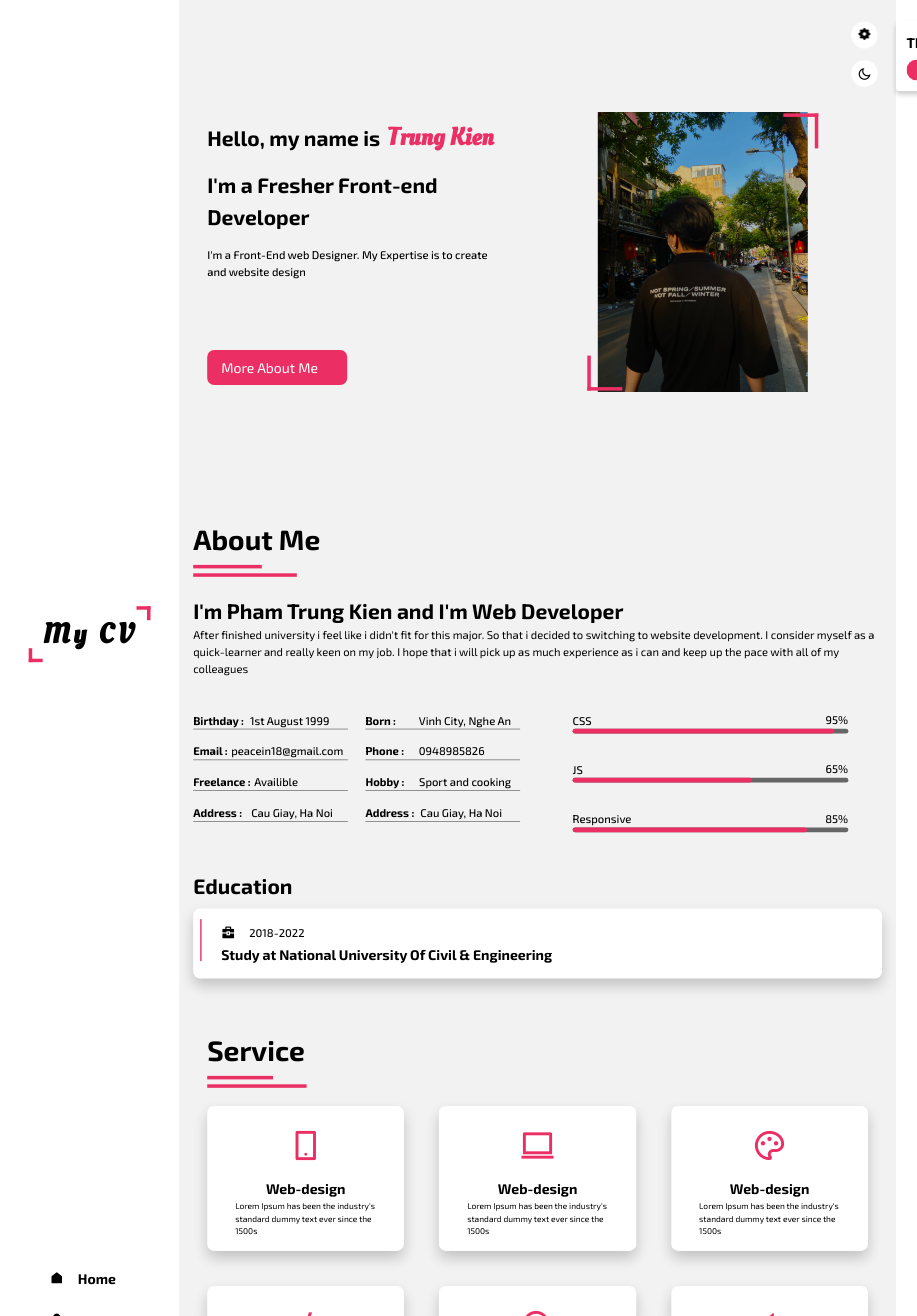
Repository: kien181999/First-Project
Page: index.html
An editor plug-in stored every save of this project. The page is shown before and after the next save, followed by the edit.
The browser window is 1280 px wide. The page is 1310 px wide, then 1280 px, so the pictures cover 1310 px, including what lies to the right of the window. The pictures show the part of the page from y = 0 to 1880 px (the page is 2917 px tall), at 70% of full size.
The style sheet was rebuilt from its Sass, Less or Tailwind sources for each picture, by a compiler version that may differ from the author's.

Above is the page before, as saved 2022-06-05 00:37:07.

### index.html
<!DOCTYPE html>
<html lang="en">

<head>
    <meta charset="UTF-8">
    <meta http-equiv="X-UA-Compatible" content="IE=edge">
    <meta name="viewport" content="width=device-width, initial-scale=1.0">
    <link rel="stylesheet" href="./css/style.css">
    <link href="https://cdn.jsdelivr.net/npm/remixicon@2.5.0/fonts/remixicon.css" rel="stylesheet">
    <title>Document</title>
</head>

<body>

    <div class="container">
        <div class="sidebar">
            <div class="sidebar-title">
                <h1 class="heading-1">My CV</h1>
            </div>
            <div class="sidebar-menu">
                <ul class="sidebar-list">
                    <li class="sidebar-item">
                        <a href="" class="sidebar-link">
                            <i class="ri-home-fill sidebar-icon"></i>
                            <h3 class="heading-3">Home</h3>
                        </a>
                    </li>
                    <li class="sidebar-item">
                        <a href="" class="sidebar-link">
                            <i class="ri-user-3-fill sidebar-icon"></i>
                            <h3 class="heading-3">About</h3>
                        </a>
                    </li>
                    <li class="sidebar-item">
                        <a href="" class="sidebar-link">
                            <i class="ri-list-unordered sidebar-icon"></i>
                            <h3 class="heading-3">Service</h3>
                        </a>
                    </li>
                    <li class="sidebar-item">
                        <a href="" class="sidebar-link">
                            <i class="ri-wechat-line sidebar-icon"></i>
                            <h3 class="heading-3">Contact</h3>
                        </a>
                    </li>
                </ul>
            </div>
        </div>
        <div class="content">
            <section class="home section hidden">
                <div class="home-text">
                    <div class="home-name">
                        <h2 class="heading-2">Hello, my name is </h2>

                        <h2 class="heading-2-secondary">Trung Kien</h2>
                    </div>
                    <div class="home-job">
                        <h2 class="heading-2">I'm a Fresher Front-end Developer</h2>
                    </div>
                    <div class="home-describe">
                        <h4 class="heading-4">I'm a Front-End web Designer. My Expertise is to create and website design
                        </h4>
                    </div>
                    <a href="#contact" class="home-btn">More About Me</a>

                </div>
                <div class="home-img">
                    <img src="./image/IMG_4900.jpeg" alt="" class="home-jpg">
                </div>
            </section>
            <section class="about section hidden">
                <div class="about-title">
                    <h2 class="heading-1-secondary">About Me</h2>
                </div>
                <div class="about-describe">
                    <h3 class="heading-2">I'm Pham Trung Kien and I'm Web Developer</h3>
                    <span class="about-span">
                        After finished university i feel like i didn't fit for this major. So that i decided to
                        switching to website development. I consider myself as a quick-learner and really keen on my
                        job. I hope that i will pick up as much experience as i can and keep up the pace with all of my
                        colleagues
                    </span>
                </div>
                <div class="about-infor">
                    <div class="about-bio">
                        <ul class="about-list">
                            <li class="about-item">
                                <h4 class="heading-4-secondary">Birthday :</h4>
                                <h4 class="heading-4">&nbsp;1st August 1999</h4>
                            </li>
                            <li class="about-item">
                                <h4 class="heading-4-secondary">Born :</h4>
                                <h4 class="heading-4">&emsp;&ensp;&nbsp;Vinh City, Nghe An</h4>
                            </li>
                            <li class="about-item">
                                <h4 class="heading-4-secondary">Email :</h4>
                                <h4 class="heading-4"> peacein18@gmail.com</h4>
                            </li>
                            <li class="about-item">
                                <h4 class="heading-4-secondary">Phone :</h4>
                                <h4 class="heading-4">&emsp;0948985826</h4>
                            </li>
                            <li class="about-item">
                                <h4 class="heading-4-secondary">Freelance :</h4>
                                <h4 class="heading-4">Availible</h4>
                            </li>
                            <li class="about-item">
                                <h4 class="heading-4-secondary">Hobby :</h4>
                                <h4 class="heading-4">&emsp;Sport and cooking</h4>
                            </li>
                            <li class="about-item">
                                <h4 class="heading-4-secondary">Address :</h4>
                                <h4 class="heading-4">&ensp;Cau Giay, Ha Noi</h4>
                            </li>
                            <li class="about-item">
                                <h4 class="heading-4-secondary">Address :</h4>
                                <h4 class="heading-4">&nbsp;Cau Giay, Ha Noi</h4>
                            </li>
                        </ul>
                        <div class="about-ability">
                            <div class="about-ability__item">
                                <h4 class="heading-4">CSS</h4>
                                <div class="about-ability__percent">
                                    <div class="about-ability__progress" style="width: 95%"></div>
                                    <h4 class="heading-4 about-ability__number">95%</h4>
                                </div>
                            </div>
                            <div class="about-ability__item">
                                <h4 class="heading-4">JS</h4>
                                <div class="about-ability__percent">
                                    <div class="about-ability__progress" style="width: 65%"></div>
                                    <h4 class="heading-4 about-ability__number">65%</h4>
                                </div>
                            </div>
                            <div class="about-ability__item">
                                <h4 class="heading-4">Responsive</h4>
                                <div class="about-ability__percent">
                                    <div class="about-ability__progress" style="width: 85%"></div>
                                    <h4 class="heading-4 about-ability__number">85%</h4>
                                </div>
                            </div>
                        </div>
                    </div>
                </div>
                <div class="about-education">
                    <div class="about-education__title">
                        <h2 class="heading-2">Education</h2>
                    </div>
                    <div class="about-education__bio">
                        <div class="about-education__infor">
                            <div class="about-education__timeline">
                                <i class="ri-briefcase-4-fill about-education__icon "></i>
                                <h4 class="heading-4">2018-2022</h4>
                            </div>
                            <div class="about-education-name">
                                <h3 class="heading-3">Study at National University Of Civil & Engineering</h3>
                            </div>
                        </div>
                    </div>
                </div>
            </section>
            <section class="service section hidden">
                <div class="service-title">
                    <h2 class="heading-1-secondary">Service</h2>
                </div>
                <div class="service-list">
                    <div class="service-item">
                        <div class="service-icon">
                            <i class="ri-smartphone-line"></i>
                        </div>
                        <div class="service-name">
                            <h3 class="heading-3">
                                Web-design
                            </h3>
                        </div>
                        <div class="service-info">
                            <span class="service-span">
                                Lorem Ipsum has been the industry's standard dummy text ever since the 1500s
                            </span>
                        </div>
                    </div>
                    <div class="service-item">
                        <div class="service-icon">
                            <i class="ri-macbook-line"></i>
                        </div>
                        <div class="service-name">
                            <h3 class="heading-3">
                                Web-design
                            </h3>
                        </div>
                        <div class="service-info">
                            <span class="service-span">
                                Lorem Ipsum has been the industry's standard dummy text ever since the 1500s
                            </span>
                        </div>
                    </div>
                    <div class="service-item">
                        <div class="service-icon">
                            <i class="ri-palette-line"></i>
                        </div>
                        <div class="service-name">
                            <h3 class="heading-3">
                                Web-design
                            </h3>
                        </div>
                        <div class="service-info">
                            <span class="service-span">
                                Lorem Ipsum has been the industry's standard dummy text ever since the 1500s
                            </span>
                        </div>
                    </div>
                    <div class="service-item">
                        <div class="service-icon">
                            <i class="ri-code-s-slash-fill"></i>
                        </div>
                        <div class="service-name">
                            <h3 class="heading-3">
                                Web-design
                            </h3>
                        </div>
                        <div class="service-info">
                            <span class="service-span">
                                Lorem Ipsum has been the industry's standard dummy text ever since the 1500s
                            </span>
                        </div>
                    </div>
                    <div class="service-item">
                        <div class="service-icon">
                            <i class="ri-search-line"></i>
                        </div>
                        <div class="service-name">
                            <h3 class="heading-3">
                                Web-design
                            </h3>
                        </div>
                        <div class="service-info">
                            <span class="service-span">
                                orem Ipsum is simply dummy text of the printing and typesetting industry.
                            </span>
                        </div>
                    </div>
                    <div class="service-item">
                        <div class="service-icon">
                            <i class="ri-volume-down-fill"></i>
                        </div>
                        <div class="service-name">
                            <h3 class="heading-3">
                                Web-design
                            </h3>
                        </div>
                        <div class="service-info">
                            <span class="service-span">
                                orem Ipsum is simply dummy text of the printing and typesetting industry.
                            </span>
                        </div>
                    </div>

                </div>
            </section>
            <section class="contact section">
                <div class="contact-title">
                    <h1 class="heading-1-secondary">Contact Me</h1>
                </div>
                <div class="contact-content">
                    <div class="contact-question">
                        <h2 class="heading-2-primary">Have You Any Question ?</h2>
                        <h3 class="heading-3">I'm At Your Services</h3>
                    </div>
                    <div class="contact-list">
                        <div class="contact-link">
                            <div class="contact-icon">
                                <i class="ri-phone-fill"></i>
                            </div>
                            <div class="contact-name">
                                <h4 class="heading-4-secondary">Contact Me On</h4>
                            </div>
                            <div class="contact-address">
                                <h4 class="heading-4">0948985826</h4>
                            </div>
                        </div>
                        <div class="contact-link">
                            <div class="contact-icon">
                                <i class="ri-map-pin-2-fill"></i>
                            </div>
                            <div class="contact-name">
                                <h4 class="heading-4-secondary">Location</h4>
                            </div>
                            <div class="contact-address">
                                <h4 class="heading-4">Cau Giay,Ha Noi</h4>
                            </div>
                        </div>
                        <div class="contact-link">
                            <div class="contact-icon">
                                <i class="ri-mail-line"></i>
                            </div>
                            <div class="contact-name">
                                <h4 class="heading-4-secondary">Email</h4>
                            </div>
                            <div class="contact-address">
                                <h4 class="heading-4">peacein18@gmail.com</h4>
                            </div>
                        </div>
                        <div class="contact-link">
                            <div class="contact-icon">
                                <i class="ri-global-line"></i>
                            </div>
                            <div class="contact-name">
                                <h4 class="heading-4-secondary">Website</h4>
                            </div>
                            <div class="contact-address">
                                <h4 class="heading-4">0948985826</h4>
                            </div>
                        </div>
                    </div>
                    <h2 class="heading-2-primary contact-title" style="margin-bottom: 0rem;">Send Me A Email</h2>
                    <h3 class="heading-3 contact-sub-title" style="margin-bottom: 3rem;">I'm Very Resposive To Message</h3>
                    <div class="contact-form">
                        <div class="contact-form__item">
                            <input type="text" class="contact-form__control" placeholder="Name">
                        </div>
                        <div class="contact-form__item">
                            <input type="email" class="contact-form__control" placeholder="Email">
                        </div>
                    </div>
                    <div class="contact-form">
                        <textarea name="text" class="contact-form__message" id="" placeholder="Message"></textarea>
                    </div>
                    <a href="" class="contact-btn">Send Me</a>
                </div>
            </section>
        </div>
        <div class="style-switcher">
            <div class="style-switcher-toggler s-icon">
                <i class="ri-settings-5-fill"></i>
            </div>
            <div class="day-night s-icon">
                <i class="ri-moon-line"></i>
            </div>
            <h4>Theme Color</h4>
            <div class="colors">
                <span class="theme-button" data-color="#eb2f64" style="background: #eb2f64"></span>
                <span class="theme-button" data-color="#168616" style="background: #168616"></span>
                <span class="theme-button" data-color="#ec7411" style="background: #ec7411"></span>
                <span class="theme-button" data-color="#8e44ad" style="background: #8e44ad"></span>
                <span class="theme-button" data-color="#2f2ff1" style="background: #2f2ff1"></span>
            </div>
        </div>
    </div>

    <script src="main.js"></script>
</body>

</html>

### sass/main.scss
@import 'base';
@import 'typography';
@import 'variables';
@import 'sidebar';
@import 'content';
@import 'home';
@import 'about';
@import 'service';
@import 'contact';
@import 'switch';

### sass/_base.scss
@import url('https://fonts.googleapis.com/css2?family=Oleo+Script&display=swap');
@import url('https://fonts.googleapis.com/css2?family=Exo+2:ital,wght@0,400;0,500;0,700;1,600&family=Oleo+Script&display=swap');


*{
    margin: 0;
    padding: 0;
    outline: none;
    text-decoration: none;
    box-sizing: border-box;
}

::before,::after{
    box-sizing: border-box;
}

html{
    box-sizing: border-box;
    font-size: 62.5%;
}
body.dark{
    --black-color: rgb(250, 246, 246);
    --light-black-color: #333;
    --white-color: rgb(2, 2, 2);
    --light-grey-color-1: #666;
    --light-grey-color-2: rgb(41, 40, 40);

}

body
{
    margin: 0;
    padding: 0;
    line-height: 1.5;
}
.container{
    display: flex;
}
// .hidden{
//     display: none !important;
// }

### sass/_typography.scss
.heading-1{
    font-family: var(--side-font);
    font-size: 4rem;
    color: var(--black-color);
    letter-spacing: .5rem;
}
.heading-1-secondary{
    font-family: var(--body-font);
    font-size: 4rem;
    color: var(--black-color);
    font-weight: 700;
    position: relative;
    &::before{
        position: absolute;
        content: "";
        left: 0;
        bottom: -20%;
        height: .5rem;
        width: 10%;
        background-color: var(--pink-color);
    }
    &::after{
        position: absolute;
        content: "";
        left: 0;
        bottom: -40%;
        height: .5rem;
        width: 15%;
        background-color: var(--pink-color);
    }
}
.heading-2{
    font-family: var(--body-font);
    font-size: 3rem;
    color: var(--black-color);
    font-weight: 600;
}
.heading-2-primary{
    font-family: var(--body-font);
    font-size: 3rem;
    color: var(--pink-color);
    font-weight: 600;
}
.heading-2-secondary{
    font-family: var(--side-font);
    color: var(--pink-color);
    font-size: 3.5rem;
    margin-left: 1rem;
}
.heading-3{
    font-family: var(--body-font);
    font-size: 2rem;
    color: var(--black-color);
}
.heading-4{
    font-family: var(--body-font);
    font-size: 1.6rem;
    color: var(--black-color);
    font-weight: 500;
}
.heading-4-secondary{
    font-family: var(--body-font);
    font-size: 1.6rem;
    color: var(--black-color);
    font-weight: 700;
}

### sass/_variables.scss
:root{
    --body-font: 'Exo 2', sans-serif;
    --side-font: 'Oleo Script', cursive;
    --black-color: rgb(0, 0 ,0);
    --light-black-color: #333;
    --white-color: #fff;
    --light-grey-color-1: #666;
    --light-grey-color-2: rgb(243, 242, 242);
    --pink-color: #eb2f64;
}

### sass/_sidebar.scss
.sidebar{
    flex: 0 0 20%;
    background-color: var(--white-color);
    display: flex;
    flex-direction: column;
    justify-content: space-evenly;

    align-items: center;
    &-title{
        display: block;
        padding: 1rem 2rem;
        position: relative;

        &::before{
            content: '';
            position: absolute;
            width: 2rem;
            height: 2rem;
            border-bottom: 5px solid var(--pink-color) ;
            border-left: 5px solid var(--pink-color) ;
            bottom: 0;
            left: 0;
        }
        &::after{
            content: '';
            position: absolute;
            width: 2rem;
            height: 2rem;
            border-top: 5px solid var(--pink-color) ;
            border-right: 5px solid var(--pink-color) ;
            top: 0;
            right: 0;
        }
    }
    &-list{
        list-style: none;
    }
    &-item{
        display: flex;
        align-items: center;
        margin-bottom: 3rem;
        position: relative;

    }
    &-item::before{
        position: absolute;
        content: "";
        top: 0;
        left: 0;
        height: 100%;
        width: 3px;
        background-color: var(--pink-color);
        transform: scaleY(0);
        transition: transform .2s;
    }
    &-item:hover::before{
        transform: scaleY(1);
    }
    &-link{
        display: flex;
        justify-content: center;
        align-items: center;
        gap: 2rem;
        color: var(--black-color);
        padding: 0 2rem;
        position: relative;
        z-index: 10;
        transition: all .2s;
        &:hover{
            color: var(--pink-color);
        }
    }
    &-icon{
        font-size: 2rem;
        color: currentColor;
    }
}

### sass/_content.scss
.content{
  background-color: var(--light-grey-color-2);
  height: 100%;
  flex: 0 0 80%;
}
.section{
    padding: 3rem 4rem;
    min-height: 100vh;
    position: relative;
}

### sass/_service.scss
.service{
    &-title{
        margin-bottom: 5rem;
    }
    &-list{
        display: grid;
        gap: 5rem;
        grid-template-columns: auto auto auto;
    }
    &-item{
        padding: 2rem 4rem;
        border-radius: 10px;
        box-shadow: 0 10px 20px rgba(0,0,0,.2);
        background-color: var(--white-color);
        display: flex;
        flex-direction: column;
        justify-content: center;
        align-items: center;
    }
    &-icon{
        font-size: 5rem;
        color: var(--pink-color);
    }
    &-span{
        font-size: 1.2rem;
        font-family: var(--body-font);
        color: var(--black-color);
    }
}

Loaded but not shown: main.js (30 lines, source omitted); sass/_about.scss (116 lines, source omitted); sass/_contact.scss (76 lines, source omitted); sass/_switch.scss (74 lines, source omitted); sass/_home.scss (67 lines, source omitted)

After the next save:
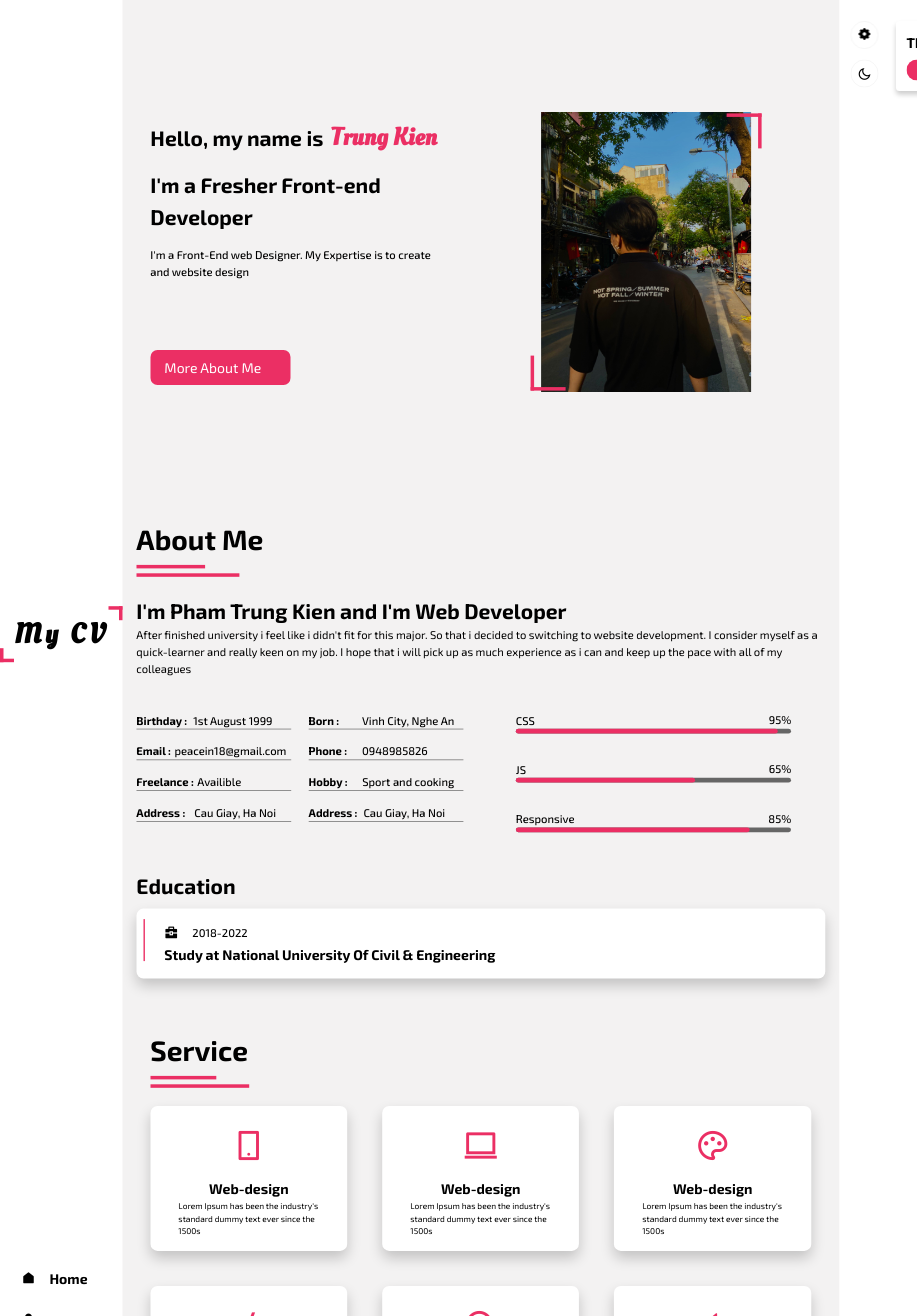
Saved 8 min 3 s later.
--- a/sass/_sidebar.scss
+++ b/sass/_sidebar.scss
@@ -1,5 +1,5 @@
 .sidebar{
-    flex: 0 0 20%;
+
     background-color: var(--white-color);
     display: flex;
     flex-direction: column;
